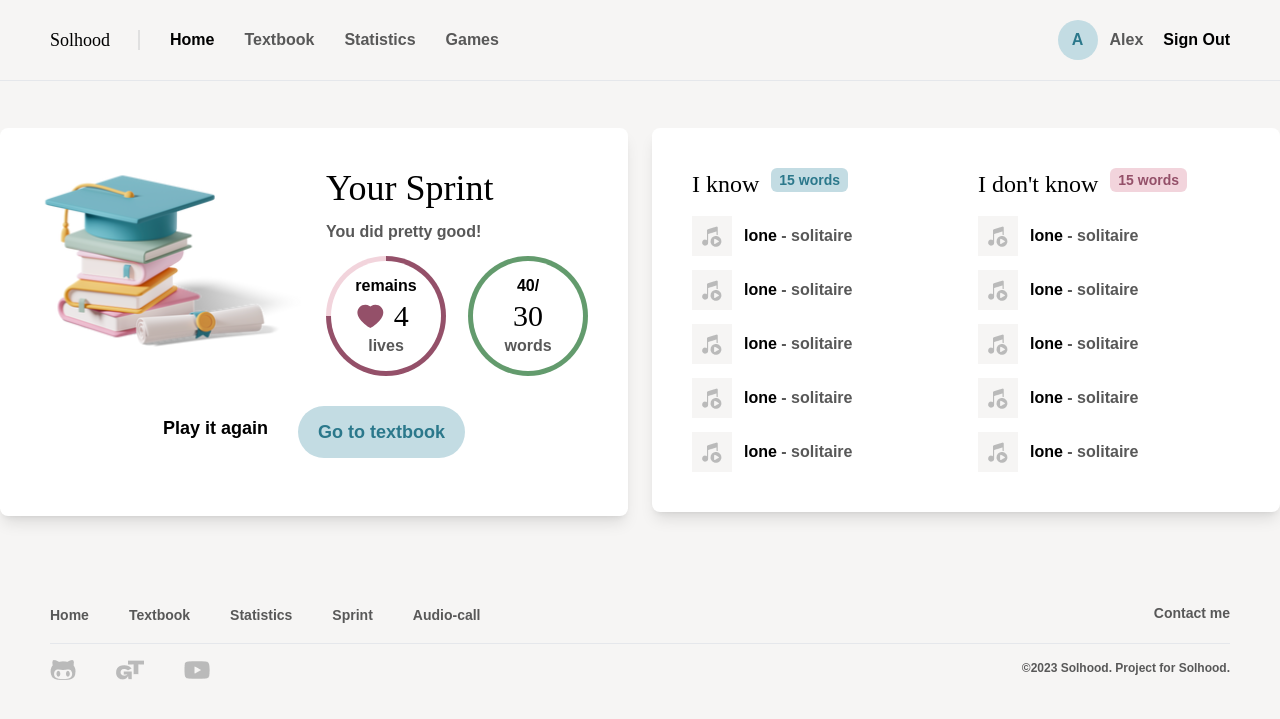
Repository: haudnn/solhood
Page: /audio/result
An editor plug-in stored every save of this project. The page is shown before and after the next save, followed by the edit.
The browser window is 1280 px wide. The pictures show the whole page.
The project was rebuilt for these pictures with package versions that can differ from the ones it lists, and the page was loaded fresh each time. Also part of the build but not shown: src/pages/Home.tsx, src/pages/sprint/Sprint.tsx, src/pages/sprint/Game.tsx, src/pages/sprint/Result.tsx, src/pages/audio/Audio.tsx, src/pages/audio/Game.tsx, src/hooks/useClickOutSide.ts, src/pages/textbook/WordItem.tsx and 2 more.

Above is the page before, as saved 2023-01-10 23:04:15.

After the next save:
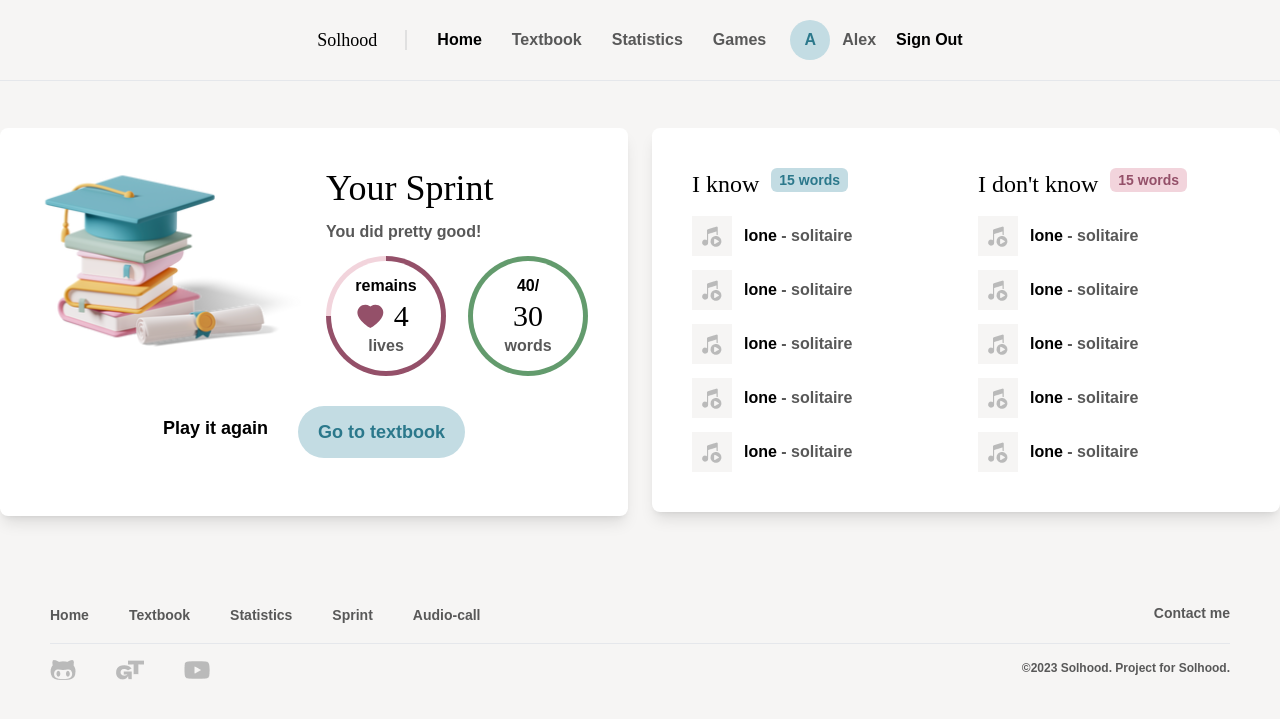
Saved 52 s later.
--- a/src/components/Layout/Header.tsx
+++ b/src/components/Layout/Header.tsx
@@ -7,7 +7,7 @@
     setIsOpen((prev) => !prev);
   };
   return (
-    <header className="py-[18px] md:py-5 border-b border-solid border-[grey-dark] bg-greyligt">
+    <header className="py-[18px] md:py-5 border-b border-solid border-[grey-dark] bg-greyligt flex items-center">
       <div className="px-5 app-container md:px-0">
         <div className="grid">
           <div className="row">

After the 2 saves that followed:
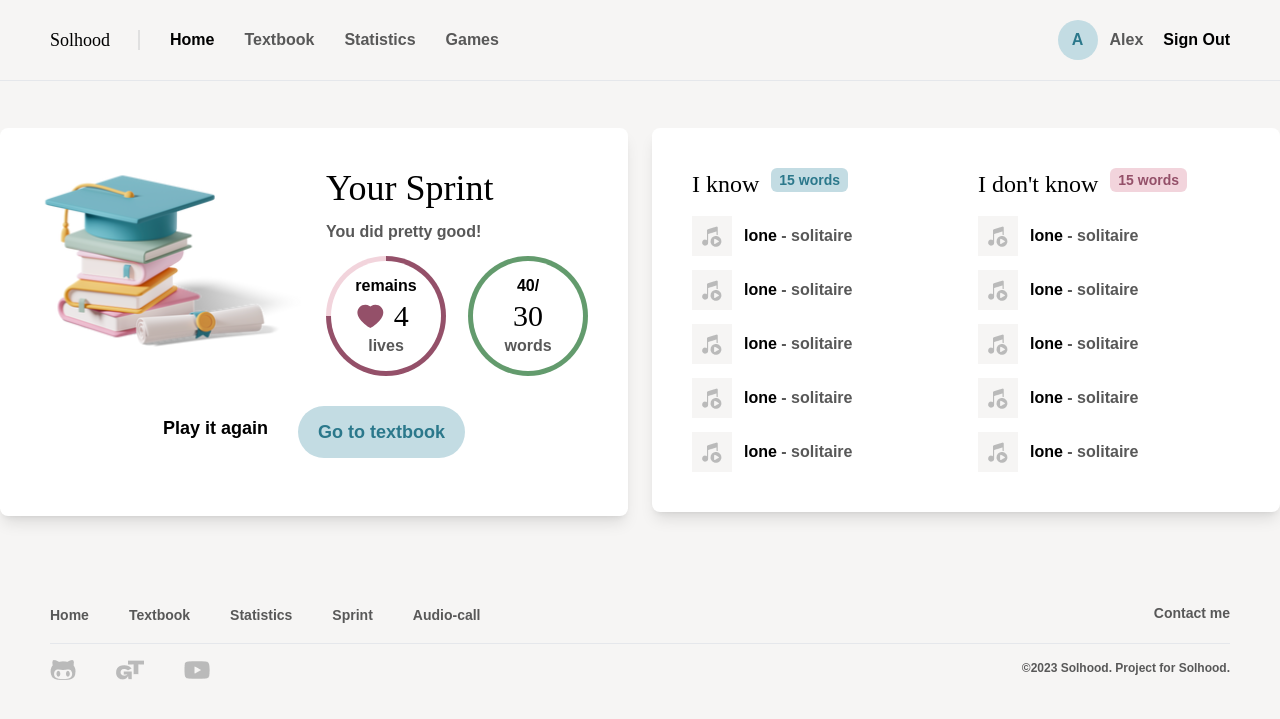
The 2 saves are shown as one change because 1 left the picture as it was.
The last was saved 15 s later.
--- a/src/components/Layout/Header.tsx
+++ b/src/components/Layout/Header.tsx
@@ -7,7 +7,7 @@
     setIsOpen((prev) => !prev);
   };
   return (
-    <header className="py-[18px] md:py-5 border-b border-solid border-[grey-dark] bg-greyligt flex items-center">
+    <header className="py-[18px] md:py-5 border-b border-solid border-[grey-dark] bg-greyligt">
       <div className="px-5 app-container md:px-0">
         <div className="grid">
           <div className="row">
